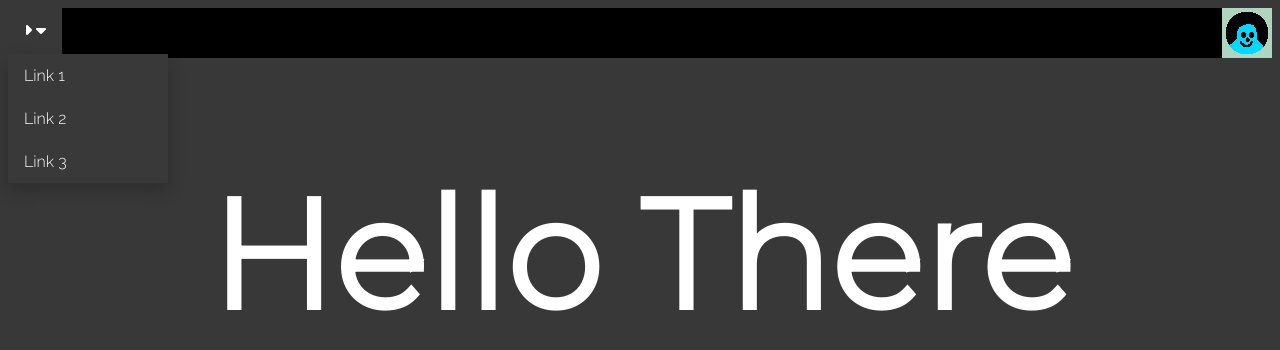
Repository: thecptwaffles/NeonWhiteAssetWebsite
Page: index.html
The author's editor kept a copy of each file at every save. The page is drawn from the files as they stood at one save, then again after the next save.
The browser window is 1280 px wide. The pictures show the whole page.
The pointer rests on the first visible `.dropbtn`.
Some web libraries are served in a nearby version.

Above is the page before, as saved 2022-07-01 17:33:24.

After the next save:
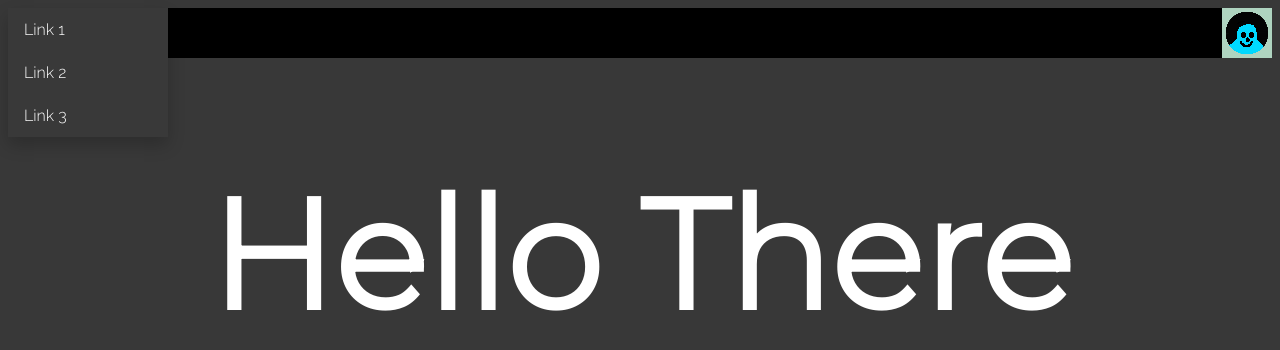
Saved 4 min 55 s later.
--- a/style.css
+++ b/style.css
@@ -104,3 +104,7 @@ nav {
 .dropdown:hover .dropdown-content {
     display: block;
 }
+
+.dropbtn:hover {
+    display: none;
+}

After the save that followed:
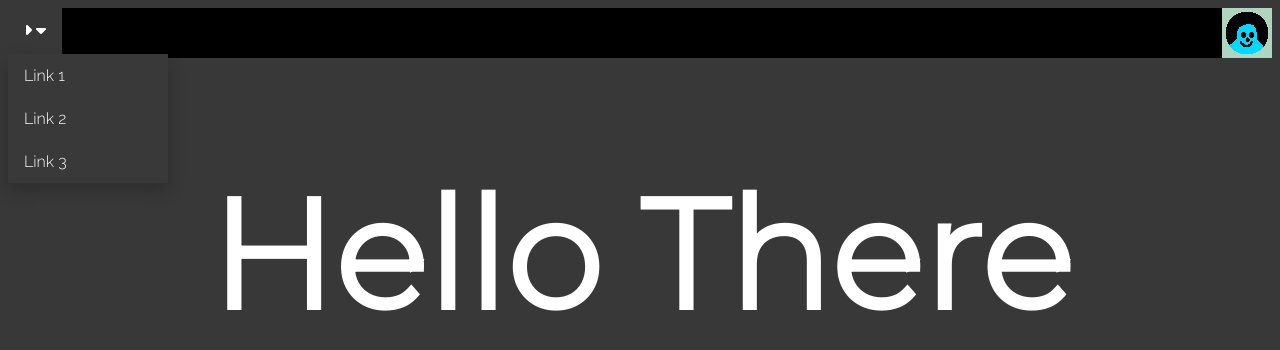
Saved 73 s later.
--- a/style.css
+++ b/style.css
@@ -104,7 +104,3 @@ nav {
 .dropdown:hover .dropdown-content {
     display: block;
 }
-
-.dropbtn:hover {
-    display: none;
-}
